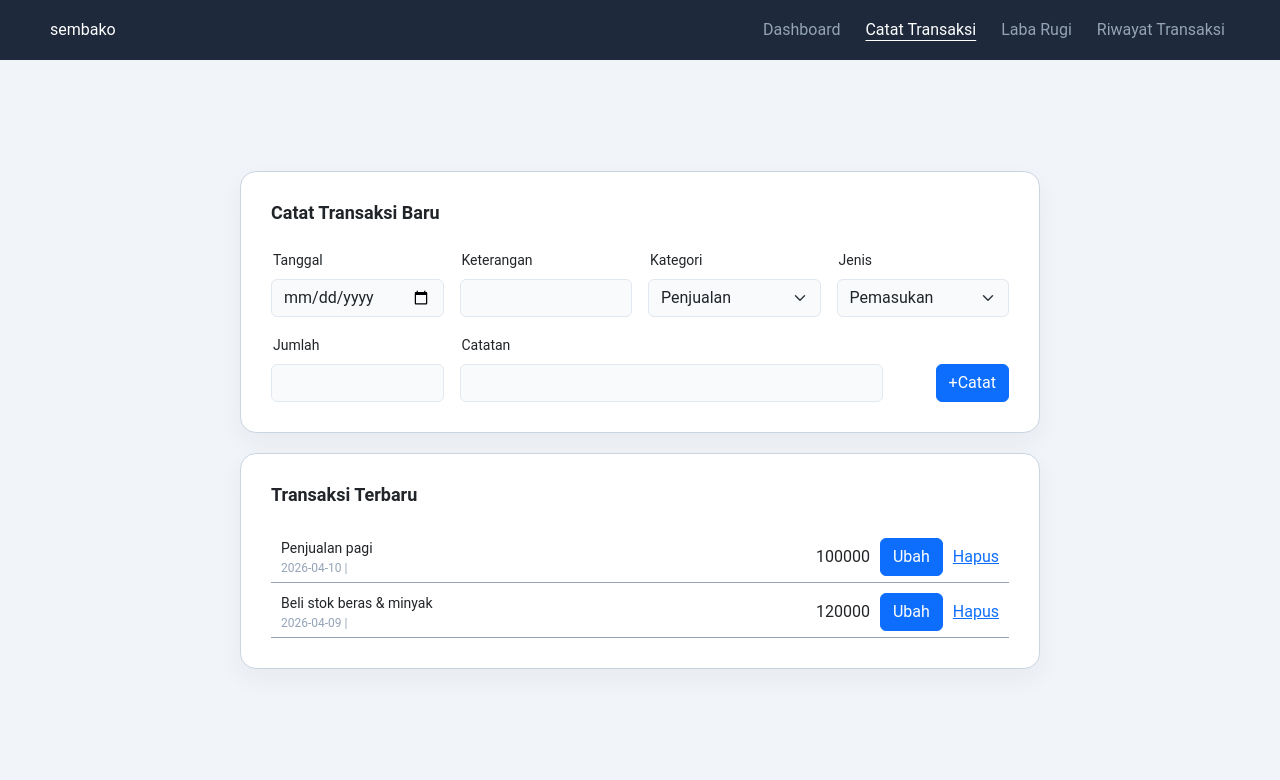
Repository: musdalifahzahra/Projek-Akhir-PWD-2026
Page: http://localhost/3-catat-transaksi.php
These files come from the project's save history. The page is drawn as it stood at one moment and after the next save; the edit follows.
The browser window is 1280 px wide. The pictures show the whole page.
The page is run by PHP 8.4 with error messages shown; the project is at /var/www/html/. The database holds what the project's SQL file puts in it.

Above is the page before, as saved 2026-04-17 15:49:48.

### 3-catat-transaksi.php
<?php
//koneksi ke database
require "0-koneksi.php";

//INPUT FORM TRANSAKSI (INSERT)
//cek submit uda di pencet blm
if (isset($_POST["submit"])) {
    if (tambah_data($_POST) < 0) {
        echo "Data gagal ditambahkan";
    }
}
?>

<!DOCTYPE html>
<html lang="en">

<head>
    <meta charset="UTF-8">
    <meta name="viewport" content="width=device-width, initial-scale=1.0">
    <title>Catat Transaksi</title>
    <link rel="stylesheet" href="https://cdn.jsdelivr.net/npm/bootstrap@5.3.8/dist/css/bootstrap.min.css">
    <link rel="stylesheet" href="template-css.css">
    <link rel="stylesheet" href="3-catat-transaksi-css.css">
</head>

<body>
    <nav>
        <div class="profile">
            <span>sembako</span>
        </div>
        <div class="nav_list">
            <ul>
                <li><a href="2-dashboard.php">Dashboard</a></li>
                <li><a href="3-catat-transaksi.php" class="nav-active">Catat Transaksi</a></li>
                <li><a href="4-laba-rugi.php">Laba Rugi</a></li>
                <li><a href="5-laporan.php">Riwayat Transaksi</a></li>
            </ul>
        </div>
    </nav>

    <div class="wrap">
        <!-- input transaksi -->
        <div class="input-transaksi template">
            <form class="row g-3" method="POST">
                <h5>Catat Transaksi Baru</h5><br>
                <!-- tanggal -->
                <div class="col-md-3">
                    <label for="tanggal" class="form-label">Tanggal</label>
                    <input type="date" class="form-control" id="tanggal" name="tanggal" required>
                </div>
                <!-- keterangan -->
                <div class="col-md-3">
                    <label for="keterangan" class="form-label">Keterangan</label>
                    <input type="text" class="form-control" id="keterangan" name="keterangan" required>
                </div>
                <!-- kategori -->
                <div class="col-md-3">
                    <label for="inputZip" class="form-label">Kategori</label>
                    <select class="form-select" id="kategori" aria-label="Default select example" name="kategori" required>
                        <option value="Penjualan">Penjualan</option>
                        <option value="Belanja Stok">Belanja Stok</option>
                        <option value="Operasional">Operasional</option>
                        <option value="Gaji">Gaji</option>
                        <option value="Lain-lain">Lain-lain</option>
                    </select>
                </div>
                <!-- jenis -->
                <div class="col-md-3">
                    <label for="jenis" class="form-label">Jenis</label>
                    <select class="form-select" id="jenis" aria-label="Default select example" name="jenis" required>
                        <option value="Masuk">Pemasukan</option>
                        <option value="Keluar">Pengeluaran</option>
                    </select>
                </div>
                <!-- jumlah-->
                <div class="col-md-3">
                    <label for="jumlah" class="form-label">Jumlah</label>
                    <input type="number" class="form-control" id="jumlah" name="jumlah" required>
                </div>
                <!-- catatan -->
                <div class="col-md-7">
                    <label for="catatan" class="form-label">Catatan</label>
                    <input type="text" class="form-control" id="catatan" name="catatan">
                </div>
                <!-- submit (+catat) -->
                <div class="col-md-2 d-flex align-items-end justify-content-end">
                    <button type="submit" class="btn btn-primary" id="catat" name="submit" required> +Catat </button>
                </div>
                <br>
            </form>
        </div>


        <!-- MENAMPILKAN DAFTRA TRANSAKSI TERBARU -->
        <?php
        //  $transaksi_terbaru = nyimpan data yg diambil dari fungsi transaksi()
        // manggil fungsi transaksi sambil emmbawa parameter yg berfungsi u/ ngambil nya cuma 6
        $transaksi_terbaru = nampilin_data("SELECT * FROM transaksi ORDER BY No DESC LIMIT 6");
        ?>

        <div class="tampil-transaksi-terbaru template">
            <h5>Transaksi Terbaru</h5><br>
            <div class="wrap-transaksi">
                <?php foreach ($transaksi_terbaru as $data) : ?>
                    <div class="satu-transaksi">

                        <div class="a">
                            <p class="keterangan"><?= $data['Keterangan'] ?></p>
                            <p class="tanggal-catatan"><?= $data['Tanggal'] . " | " . $data['Catatan'] ?></p>
                        </div>

                        <div class="b">
                            <p><?= $data['Jumlah'] ?></p>
                            <!-- MODAL POP UP UBAH -->
                            <!-- Button modal ubah -->
                            <button type="button" class="btn btn-primary" data-bs-toggle="modal" data-bs-target="#modal-ubah<?= $data['No'] ?>">
                                Ubah
                            </button>
                            <!-- tampilan pop up ubah -->
                            <div class="modal fade" id="modal-ubah<?= $data['No'] ?>" data-bs-backdrop="static" data-bs-keyboard="false" tabindex="-1" aria-labelledby="staticBackdropLabel" aria-hidden="true">
                                <div class="modal-dialog template">
                                    <div class="modal-content">
                                        <div class="modal-header">
                                            <h5 class="modal-title fs-5" id="staticBackdropLabel">Ubah data transaksi</h5>
                                            <button type="button" class="btn-close" data-bs-dismiss="modal" aria-label="Close"></button>
                                        </div>
                                        <div class="modal-body">
                                            <!-- input transaksi -->
                                            <div class="input-transaksi template">

                                                <!-- kalo biasnya kirim datanya lewat a href GET, kalo ini pake form POST -->
                                                <form class="row g-3" action="0-ubah.php" method="POST">
                                                    <!-- membawa id, id  yang sesuai dengan data yg mau di edit -->
                                                     <input type="hidden" value="<?= $data['No'] ?>">

                                                    <!-- tanggal -->
                                                    <div class="col-md-3">
                                                        <label for="tanggal" class="form-label">Tanggal</label>
                                                        <input type="date" class="form-control" id="tanggal" name="tanggal" required>
                                                    </div>
                                                    <!-- keterangan -->
                                                    <div class="col-md-3">
                                                        <label for="keterangan" class="form-label">Keterangan</label>
                                                        <input type="text" class="form-control" id="keterangan" name="keterangan" required>
                                                    </div>
                                                    <!-- kategori -->
                                                    <div class="col-md-3">
                                                        <label for="inputZip" class="form-label">Kategori</label>
                                                        <select class="form-select" id="kategori" aria-label="Default select example" name="kategori" required>
                                                            <option value="Penjualan">Penjualan</option>
                                                            <option value="Belanja Stok">Belanja Stok</option>
                                                            <option value="Operasional">Operasional</option>
                                                            <option value="Gaji">Gaji</option>
                                                            <option value="Lain-lain">Lain-lain</option>
                                                        </select>
                                                    </div>
                                                    <!-- jenis -->
                                                    <div class="col-md-3">
                                                        <label for="jenis" class="form-label">Jenis</label>
                                                        <select class="form-select" id="jenis" aria-label="Default select example" name="jenis" required>
                                                            <option value="Masuk">Pemasukan</option>
                                                            <option value="Keluar">Pengeluaran</option>
                                                        </select>
                                                    </div>
                                                    <!-- jumlah-->
                                                    <div class="col-md-3">
                                                        <label for="jumlah" class="form-label">Jumlah</label>
                                                        <input type="number" class="form-control" id="jumlah" name="jumlah" required>
                                                    </div>
                                                    <!-- catatan -->
                                                    <div class="col-md-7">
                                                        <label for="catatan" class="form-label">Catatan</label>
                                                        <input type="text" class="form-control" id="catatan" name="catatan">
                                                    </div>
                                                    <!-- submit (ubah) -->
                                                    <div class="col-md-2 d-flex align-items-end justify-content-end">
                                                        <button type="submit" class="btn btn-primary" id="catat" name="submit-ubah" required> Ubah </button>
                                                    </div>
                                                    <br>
                                                </form>
                                            </div>
                                        </div>
                                        <!-- <div class="modal-footer">
                                            <button type="button" class="btn btn-secondary" data-bs-dismiss="modal">Close</button>
                                            <button type="button" class="btn btn-primary">Understood</button>
                                        </div> -->
                                    </div>
                                </div>
                            </div>

                            <!-- <a href="0-ubah.php?id=<?= $data["No"] ?>"> Edit </a> -->
                            <a href="0-hapus.php?id=<?= $data["No"] ?>" onclick="return confirm('Apakah anda ingin mengapus data tersebut');"> Hapus </a>
                            <!-- <button class="edit">Edit</button>
                            <button class="hapus"> x </button> -->
                        </div>
                    </div>
                <?php endforeach; ?>
            </div>
        </div>
    </div>
    <!-- masukin bootstrap js -->
    <script src="https://cdn.jsdelivr.net/npm/bootstrap@5.3.3/dist/js/bootstrap.bundle.min.js"></script>
</body>

</html>
</body>

</html>

### 0-koneksi.php
<?php
//koneksi ke database
$conn = mysqli_connect("localhost", "root", "", "laporan_keuangan");

//ambil data
$result = mysqli_query($conn, "SELECT * FROM transaksi");
if (!$result) {
    echo mysqli_error($conn);
}

//FUNGSI UNTUK MENAMBAHKAN DATA (INSERT)
function tambah_data($data_insert)
{

    global $conn;
    $tanggal = $data_insert["tanggal"];
    $keterangan = $data_insert["keterangan"];
    $kategori = $data_insert["kategori"];
    $jenis = $data_insert["jenis"];
    $jumlah = $data_insert["jumlah"];
    $catatan = $data_insert["catatan"];

    $insert = "INSERT INTO transaksi
              VALUES (null, '$tanggal', '$keterangan', '$kategori', '$jenis', '$jumlah', '$catatan')
              ";

    mysqli_query($conn, $insert);

    //mengembalikan nilai, cek berhasil apa ngga. kalo (1) = berhasil, (-1)= tidak berhasil;
    return mysqli_affected_rows($conn);
}

// FUNGSI UNTUK BACA DATA DARI DATABASE, dipake bwt nampilin transaksi terbaru
function nampilin_data($query)
{
    global $conn;

    $result = mysqli_query($conn, $query);
    //$rows = wadah untuk menyimpan baris-baris yg akan di ambil
    $rows = [];
    while ($row = mysqli_fetch_assoc($result)) {
        $rows[] = $row;
    }
    // mengmebalikan semua baris-baris($row) yg uda kesimpan di $rows
    return $rows;
}

//FUNGSI UNTUK HAPUS
function hapus($id)
{
    global $conn;

    mysqli_query($conn, "DELETE FROM transaksi WHERE No = $id");

    return mysqli_affected_rows($conn);
}

//UNTUK KONDISI KETIKA MENG UBAH DATA
// cek tombol ubah uda d pencet blm
if (isset($_POST["submit-ubah"])) {
global $conn;
    //pross ubah data
    mysqli_query($conn, "UPDATE transaksi SET
                        Tanggal =
                        Keterangan
                        Kategori
                        Jenis
                        Jumlah
                        Catatan" );



    // cek data nerhasil di ubah apa ngga
    if (ubah($_POST) > 0) {
        echo "
        <script>
        alert('Data berhasil di ubah');
        document.location.href = '3-catat-transaksi.php';
        </script>
        ";
    } else {
        echo "
        <script>
        alert('Data gagal di ubah');
        document.location.href = '3-catat-transaksi.php';
        </script>
        ";
    }
}

### template-css.css
:root {
  --color-nav: #1e293b;
  --color-bag-web: #f1f5f9;
  --color-card: #ffffff;
  --color-belum-dipencet: #94a3b8;
  --color-kurson: #cbd5e1;
  --color-tulisan-utama: #334155;
  --color-pemasukan: #10b981;
  --color-pengeluaran: #ef4444;
  --color-border: #e2e8f0;
  --color-border-card: #cbd5e1;
  --color-input: #f8fafc;
  --h1: 32px; /* (judul halaman) */
  --h2: 24px; /* (judul section) */
  --h3: 20px; /* (sub section) */
  --font-judul-card: 18px; /* (judul card) */
  --h5: 16px; /* (label besar) */
  --font-text: 14px; /* (teks biasa) */
  --font-note: 12px; /* (catatan/hint) */
}

body {
  font-family: "Roboto", sans-serif;
}

nav {
  background-color: var(--color-nav);
  height: 60px;
  display: flex;
  align-items: center;
  justify-content: space-between;
  padding: 0px 50px;
  z-index: 1;
  position: sticky;
  top: 0px;
}

nav span {
  color: var(--color-card);
}

nav ul {
  padding: 0px;
  margin: 0px;
  display: flex;
  gap: 20px;
}
nav li {
  margin-right: 5px;
  display: inline;
  font-style: none;
}

nav a {
  color: var(--color-belum-dipencet);
  text-decoration: none;
}

.nav-active {
  color: var(--color-card);
  text-decoration: underline;
  text-underline-offset: 5px;
}

nav a:hover {
  color: var(--color-kurson);
}
body {
  background-color: var(--color-bag-web);
}

### 3-catat-transaksi-css.css
/* INPUT  FORM TRANSAKSI */
.wrap {
  display: flex;
  flex-direction: column;
  z-index: 2;
  width: 100%;
  min-height: 100vh;
  background-color: var(--color-bag-web);
  padding: 50px 20px;
  gap: 20px;
  justify-content: center;
  align-items: center;
}

h5 {
  font-size: var(--font-judul-card);
  font-weight: bold;
}
.template {
  max-width: 800px;
  border: 1.2px solid var(--color-border-card);
  background-color: var(--color-card);
  border-radius: 16px;
  box-shadow: 0 10px 25px rgba(30, 41, 59, 0.05);
  padding: 30px;
}

.input-transaksi {
  display: flex;

  /* padding: 20px; */
}

.transaksi-terbaru {
  display: flex;
  flex: 1;
  /* padding: 20px; */
}
form .catat {
  margin: 0px;
  padding: 0px;
}
.form-label{
  padding-left: 2px;
  font-size: var(--font-text);
}

.form-control,
.form-select {
  background-color: var(--color-input);
  border: 1px solid var(--color-border);
}

/* TRANSAKSI TERBARU */
.tampil-transaksi-terbaru {
  margin: 0%;
  width: 100%;
  display: flex;
  flex-direction: column;
  height: auto;
  gap: 0px;
}
.wrap-transaksi{
  display: flex;
  gap: 10px;
  flex-direction: column;
}
.satu-transaksi {
  width: 100%;
  display: grid;
  grid-template-columns: 1fr auto auto auto auto;
  border-bottom: 1px solid var(--color-belum-dipencet);
  padding: 0px 10px 5px 10px;
}
.a {
}

.keterangan {
font-size: large;
font-size: var(--font-text);
}
.tanggal-catatan{
  font-size:x-small;
  font-size:var(--font-note);
  color: var(--color-belum-dipencet);
}
.jenis{
  font-size: x-small;
  background-color: aqua;
  border-radius: 25px;
  padding: 4px 10px;
}
.edit{
  font-size: x-small;
  background-color: rgb(233, 255, 137);
  border-radius: 25px;
  padding: 4px 10px;
  border: none;

}
.hapus{
  background-color: rgb(214, 170, 255);
  border-radius: 100%;
  padding: 2px 7px;
  font-size: x-small;
  border: none;
}
.b {
  display: flex;
  align-items: center;
  flex-direction: row;
  gap: 10px;
}
p{
  padding: 0px;
  margin: 0px;
}

### Laporan_Keuangan.sql (the tables this page reads)
CREATE TABLE `transaksi` (
  `No` int(11) NOT NULL,
  `Tanggal` date DEFAULT NULL,
  `Keterangan` varchar(50) DEFAULT NULL,
  `Kategori` varchar(30) DEFAULT NULL,
  `Jenis` varchar(20) DEFAULT NULL,
  `Jumlah` int(11) DEFAULT NULL,
  `Catatan` varchar(50) DEFAULT NULL,
  PRIMARY KEY (`No`)
) ENGINE=InnoDB DEFAULT CHARSET=utf8mb4 COLLATE=utf8mb4_general_ci;

INSERT INTO `transaksi` VALUES (1,'2026-04-09','Beli stok beras & minyak','Belanja Stok','Pengeluaran',120000,''),(2,'2026-04-10','Penjualan pagi','Penjualan','Pemasukan',100000,'');

After the next save:
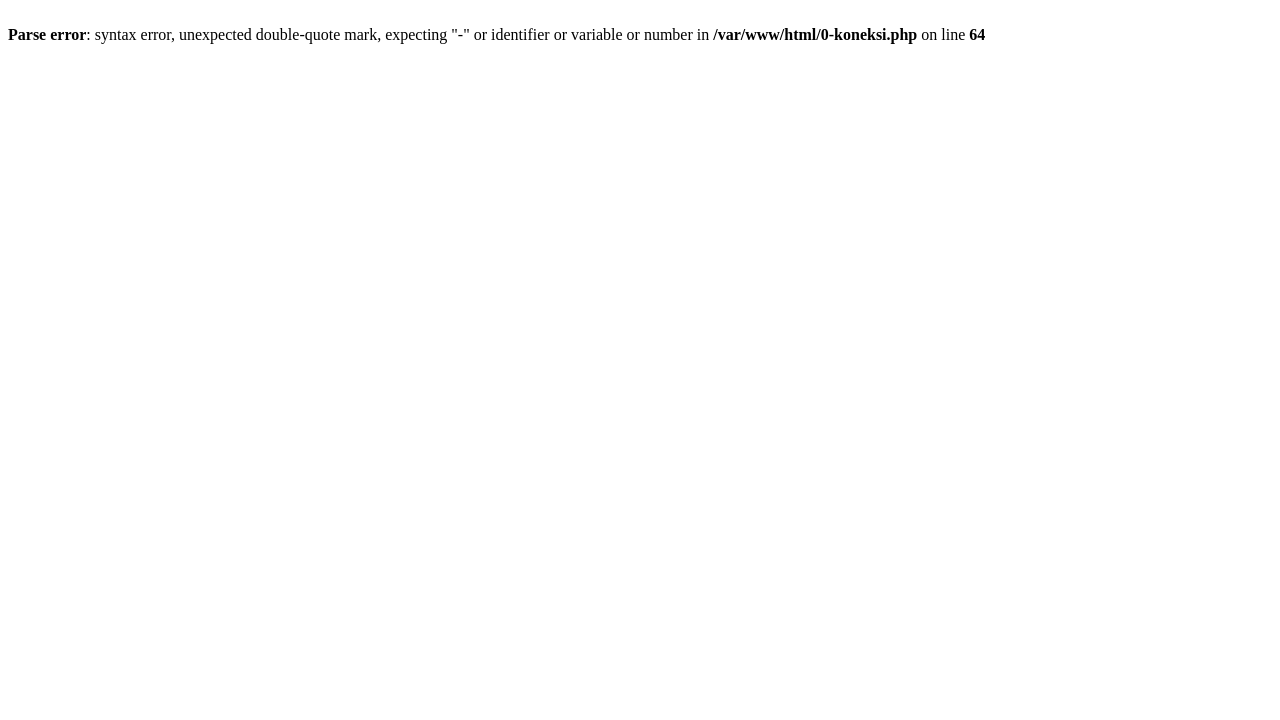
Saved 21 s later.
--- a/0-koneksi.php
+++ b/0-koneksi.php
@@ -61,12 +61,12 @@ if (isset($_POST["submit-ubah"])) {
 global $conn;
     //pross ubah data
     mysqli_query($conn, "UPDATE transaksi SET
-                        Tanggal =
-                        Keterangan
-                        Kategori
-                        Jenis
-                        Jumlah
-                        Catatan" );
+                            $tanggal = $data_insert["tanggal"];
+    $keterangan = $data_insert["keterangan"];
+    $kategori = $data_insert["kategori"];
+    $jenis = $data_insert["jenis"];
+    $jumlah = $data_insert["jumlah"];
+    $catatan = $data_insert["catatan"];" );
 
 
 
